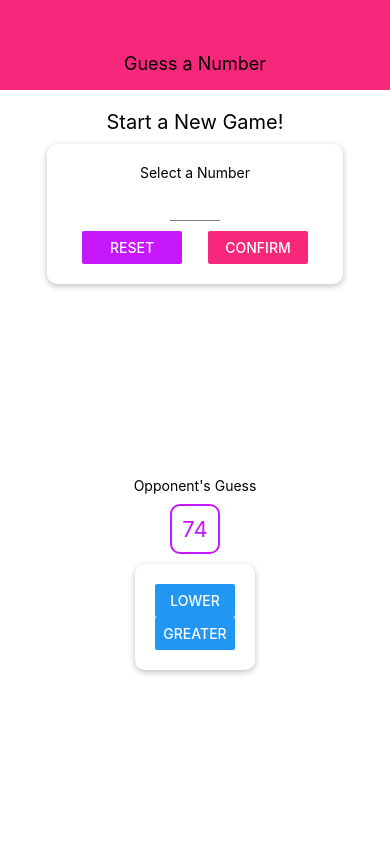
Repository: jes-wd/rn-num-guess
Screen: /
An editor plug-in stored every save of this project. The screen is shown before and after the next save, followed by the edit.
The app was drawn by React Native's web renderer in a window 390 px wide. The project was rebuilt for these pictures with package versions that can differ from the ones it lists, and the page was loaded fresh each time.

Above is the screen before, as saved 2020-03-22 16:30:57.

After the next save:
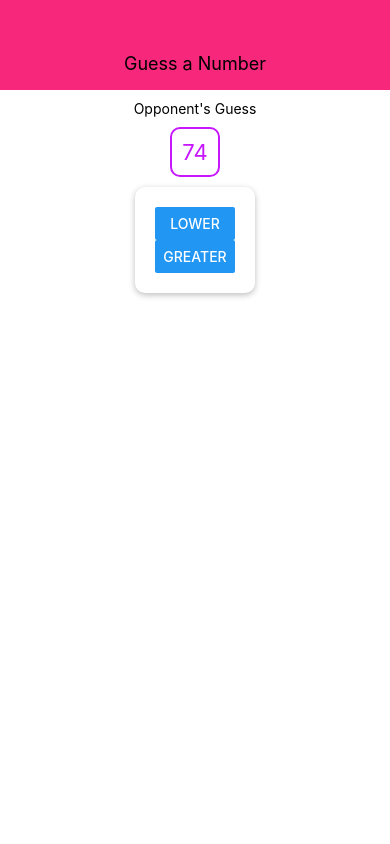
Saved 103 s later.
--- a/App.js
+++ b/App.js
@@ -17,7 +17,6 @@ export default function App() {
   return (
     <View style={styles.screen}>
       <Header title="Guess a Number" />
-      <StartGameScreen />
       <GameScreen />
     </View>
   );
